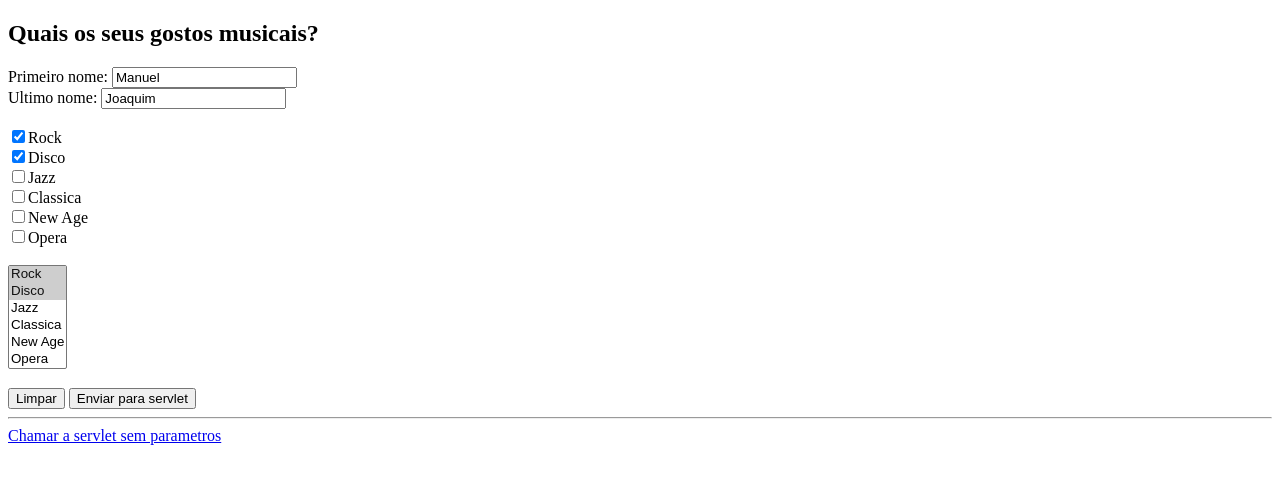
Repository: chuinga/JavaWebAppsDevelopment
Page: JavaWeb/src/main/webapp/AnalisarPedidoHTTP.html
These files come from the project's save history. The page is drawn as it stood at one moment and after the next save; the edit follows.
The browser window is 1280 px wide. The pictures show the whole page.

Above is the page before, as saved 2024-06-29 14:04:36.

### JavaWeb/src/main/webapp/AnalisarPedidoHTTP.html
<!DOCTYPE html>
<html lang="pt">
  <head>
    <meta charset="utf-8">
    <title>AnalisarPedidoHTTP.html</title>
    <!-- AnalisarPedidoHTTP.html -->
  </head>
  <body>
    <h2>Quais os seus gostos musicais?</h2>
    <form action="PedidoParametros1Valor" method="get">
        Primeiro nome: <input type="text" name="priNome" value="Manuel"><br>
        Ultimo nome:  <input type="text" name="ultNome" value="Joaquim"><br>
        <br>
        <input type="checkbox" name="checkboxMusica" value="Rock" checked>Rock<br>
        <input type="checkbox" name="checkboxMusica" value="Disco" checked>Disco<br>
        <input type="checkbox" name="checkboxMusica" value="Jazz">Jazz<br>
        <input type="checkbox" name="checkboxMusica" value="Classica">Classica<br>
        <input type="checkbox" name="checkboxMusica" value="New Age">New Age<br>
        <input type="checkbox" name="checkboxMusica" value="Opera">Opera<br>
        <br>
        <select name="listaEscolhaMusica" multiple size="6">
            <option value="Rock" selected>Rock</option>
            <option value="Disco" selected>Disco</option>
            <option value="Jazz" >Jazz</option>
            <option value="Classica">Classica</option>
            <option value="New Age">New Age</option>
            <option value="Opera">Opera</option>
        </select>
        <br>
        <br>
        <input type="reset" Value="Limpar">
        <input type="submit" Value="Enviar para servlet">
    </form>
    <hr>
    <a href="PedidoParametros1Valor">Chamar a servlet sem parametros</a>
  </body>
</html>

After the next save:
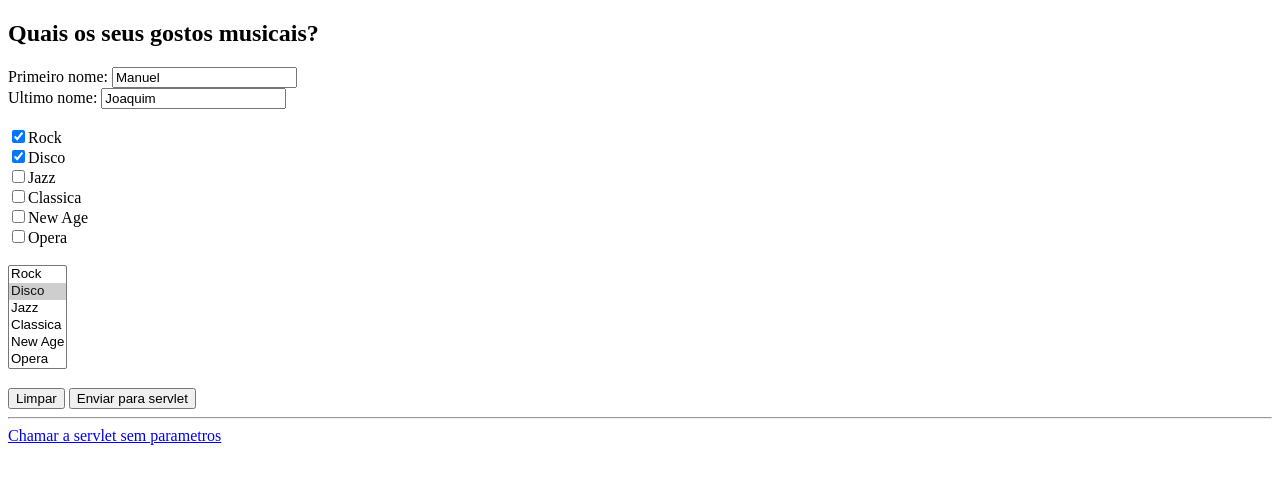
Saved 4 s later.
--- a/JavaWeb/src/main/webapp/AnalisarPedidoHTTP.html
+++ b/JavaWeb/src/main/webapp/AnalisarPedidoHTTP.html
@@ -18,7 +18,7 @@
         <input type="checkbox" name="checkboxMusica" value="New Age">New Age<br>
         <input type="checkbox" name="checkboxMusica" value="Opera">Opera<br>
         <br>
-        <select name="listaEscolhaMusica" multiple size="6">
+        <select name="listaEscolhaMusica" size="6">
             <option value="Rock" selected>Rock</option>
             <option value="Disco" selected>Disco</option>
             <option value="Jazz" >Jazz</option>

After the save that followed:
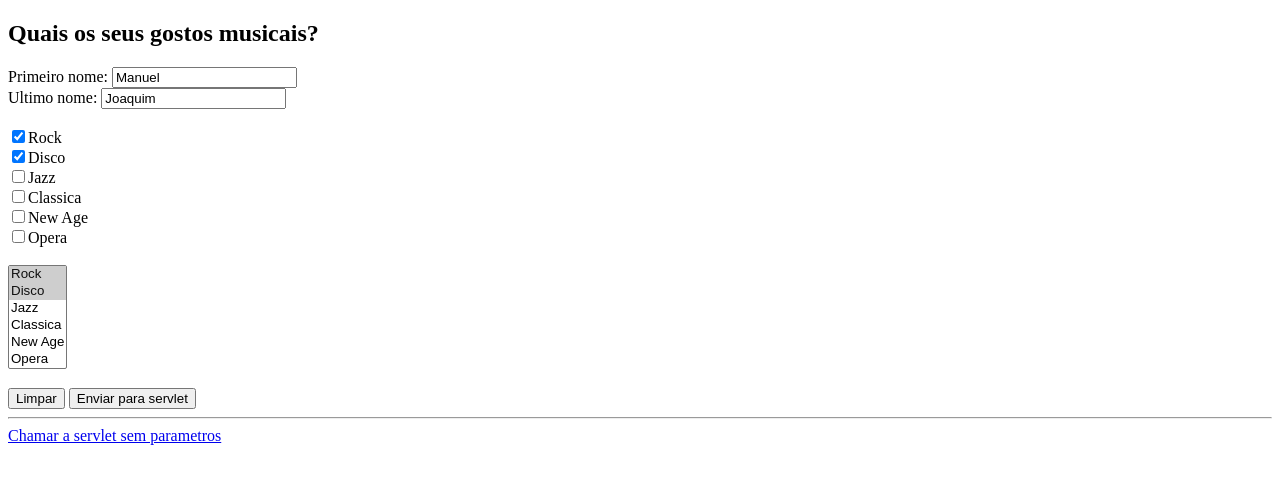
Saved 14 s later.
--- a/JavaWeb/src/main/webapp/AnalisarPedidoHTTP.html
+++ b/JavaWeb/src/main/webapp/AnalisarPedidoHTTP.html
@@ -18,7 +18,7 @@
         <input type="checkbox" name="checkboxMusica" value="New Age">New Age<br>
         <input type="checkbox" name="checkboxMusica" value="Opera">Opera<br>
         <br>
-        <select name="listaEscolhaMusica" size="6">
+        <select name="listaEscolhaMusica" multiple size="6">
             <option value="Rock" selected>Rock</option>
             <option value="Disco" selected>Disco</option>
             <option value="Jazz" >Jazz</option>
